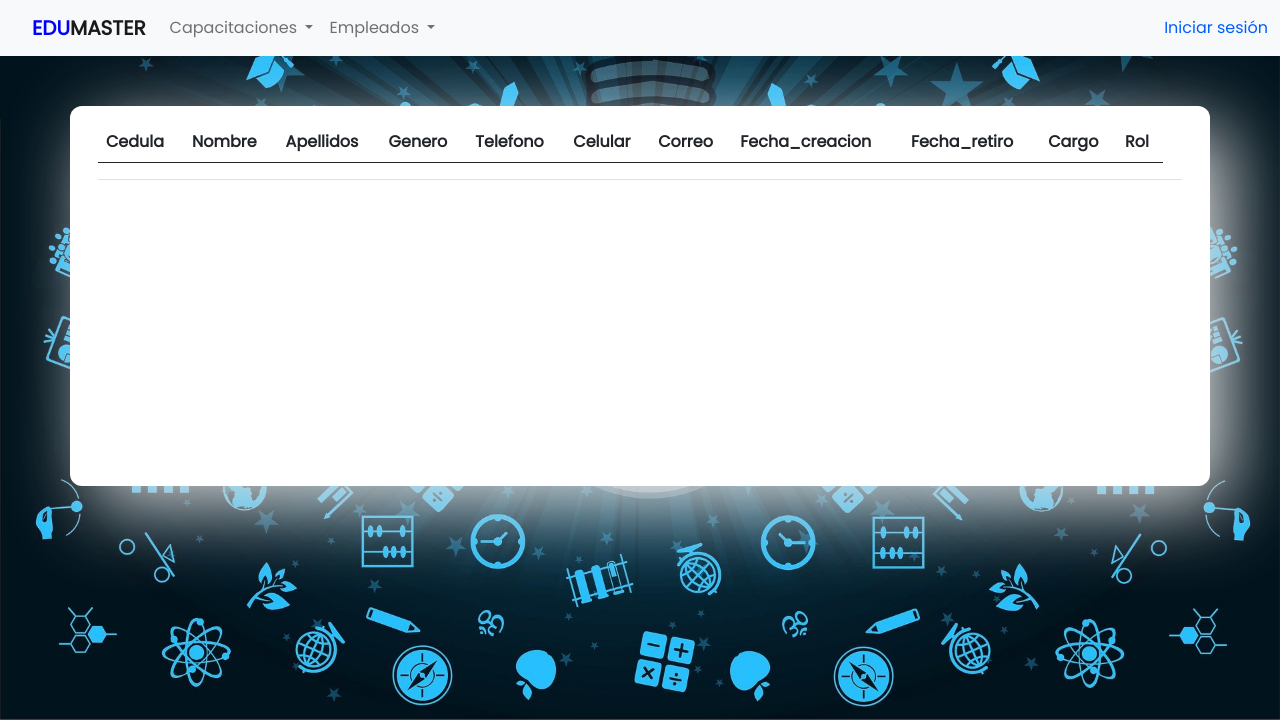
Repository: alejo95-svg/Edumaster
Page: http://localhost/ListarUsuarios
An editor plug-in stored every save of this project. The page is shown before and after the next save, followed by the edit.
The browser window is 1280 px wide. The pictures show the whole page.
Some web libraries are served in a nearby version. The page is this project's Thymeleaf template; nobody is signed in. The template is opened directly, without the code that normally fills it, so the values that code supplies are empty.

Above is the page before, as saved 2022-09-22 01:17:23.

After the next save:
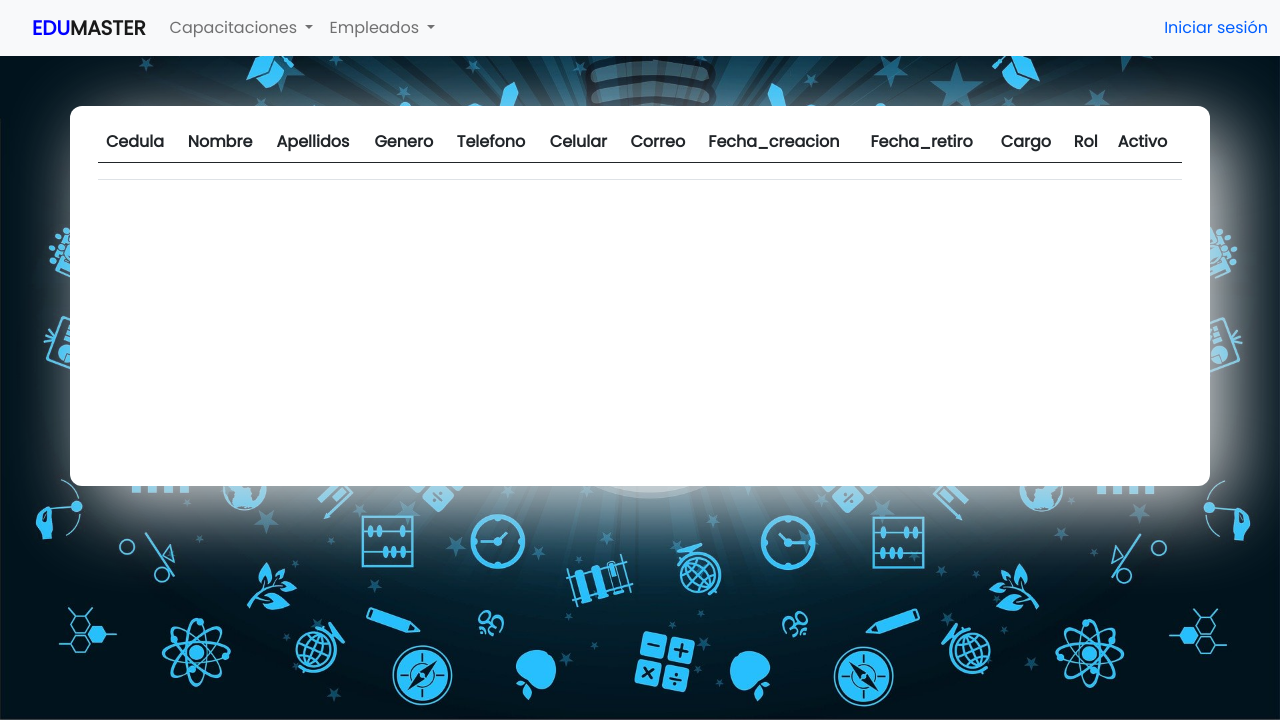
Saved 11 s later.
--- a/Edumaster/src/main/resources/templates/ListarUsuarios.html
+++ b/Edumaster/src/main/resources/templates/ListarUsuarios.html
@@ -18,6 +18,7 @@
                             <th scope="col">Fecha_retiro</th>
                             <th scope="col">Cargo</th>
                             <th scope="col">Rol</th>
+                            <th scope="col">Activo</th>
                           </tr>
                         </thead>
                         <tbody>
